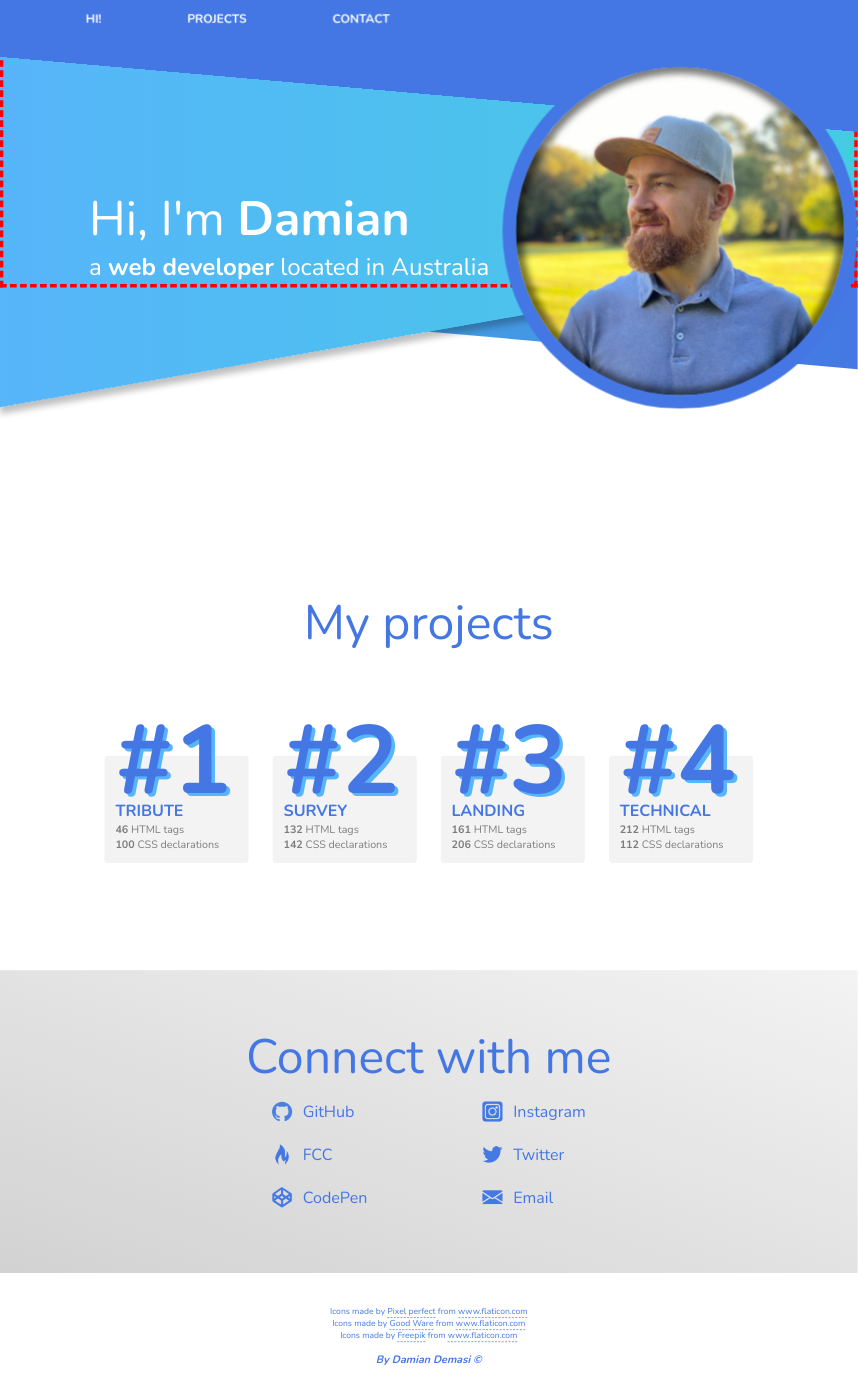
Repository: Colo-Codes/freecodecamp-05-Personal-Portfolio-Webpage
Page: index.html
The author's editor kept a copy of each file at every save. The page is drawn from the files as they stood at one save, then again after the next save.
The browser window is 1280 px wide. The pictures show the whole page, at 67% of full size.

Above is the page before, as saved 2021-06-04 08:21:37.

### index.html
<!DOCTYPE html>
<html lang="en">

<head>
    <meta charset="UTF-8">
    <meta http-equiv="X-UA-Compatible" content="IE=edge">
    <meta name="viewport" content="width=device-width, initial-scale=1.0">
    <link rel="preconnect" href="https://fonts.gstatic.com">
    <link href="https://fonts.googleapis.com/css2?family=Nunito:wght@300;400;700&display=swap" rel="stylesheet">
    <link rel="stylesheet" href="./css/index.css">
    <title>Personal Portfolio Webpage</title>
</head>

<body>
    <header>
        <navbar id="navbar">
            <div id="navbar-container">
                <ul id="navbar-flex-container">
                    <li class="navbar-flex-item"><a href="#welcome-section">Hi!</a></li>
                    <li class="navbar-flex-item"><a href="#projects">Projects</a></li>
                    <li class="navbar-flex-item"><a href="#contact">Contact</a></li>
                </ul>
            </div>
        </navbar>
    </header>

    <section id="welcome-section">
        <div id="welcome-section-container">
            <div id="hero-img" role="img"
                aria-label="Damian's profile picture: he has a hat, beard, and he is looking left while standing on a green field.">
            </div>
            <div id="hero-text-container">
                <h1>Hi, I'm <strong>Damian</strong></h1>
                <p>a <strong>web developer</strong> located in Australia</p>
            </div>
        </div>
        <div id="top-layer"></div>
        <div id="bottom-layer">
            <div id="scroll-to-explore">
                <p>Scroll to explore</p>
                <img src="./img/down-arrow.png" alt="Arrow pointing down." height="40px">
            </div>
        </div>
    </section>

    <section id="projects">
        <h2>My projects</h2>
        <div id="project-card-flex-container">

            <div class="project-card">
                <div class="project-card-bg">
                    <div class="project-tile">
                        <a href="https://darthcolo.github.io/freecodecamp-01-Build-a-Tribute-Page/" target="_blank">
                            <h3>#1</h3>
                            <h4>Tribute</h4>
                        </a>
                    </div>
                    <div class="project-descr">
                        <p><strong>46</strong> HTML tags</p>
                        <p><strong>100</strong> CSS declarations</p>
                    </div>
                </div>
            </div>

            <div class="project-card">
                <div class="project-card-bg">
                    <div class="project-tile">
                        <a href="https://darthcolo.github.io/freecodecamp-02-Build-a-Survey-Form/" target="_blank">
                            <h3>#2</h3>
                            <h4>Survey</h4>
                        </a>
                    </div>
                    <div class="project-descr">
                        <p><strong>132</strong> HTML tags</p>
                        <p><strong>142</strong> CSS declarations</p>
                    </div>
                </div>
            </div>

            <div class="project-card">
                <div class="project-card-bg">
                    <div class="project-tile">
                        <a href="https://darthcolo.github.io/freecodecamp-03-Product-Landing-Page/" target="_blank">
                            <h3>#3</h3>
                            <h4>Landing</h4>
                        </a>
                    </div>
                    <div class="project-descr">
                        <p><strong>161</strong> HTML tags</p>
                        <p><strong>206</strong> CSS declarations</p>
                    </div>
                </div>
            </div>

            <div class="project-card">
                <div class="project-card-bg">
                    <div class="project-tile">
                        <a href="https://darthcolo.github.io/freecodecamp-04-Technical-Documentation-Page/" target="_blank">
                            <h3>#4</h3>
                            <h4>Technical</h4>
                        </a>
                    </div>
                    <div class="project-descr">
                        <p><strong>212</strong> HTML tags</p>
                        <p><strong>112</strong> CSS declarations</p>
                    </div>
                </div>
            </div>

        </div>
    </section>

    <section id="contact">
        <h2>Connect with me</h2>
        <div id="contact-networks">
            <div class="contact-networks-col">
                <a href="https://github.com/Darthcolo" id="profile-link" target="_blank"><img src="./img/github.png"
                        width="30px"><span>GitHub</span></a>
                <a href="https://www.freecodecamp.org/darthcolo" id="profile-link-fcc" target="_blank"><img src="./img/fire.png"
                        width="30px"><span>FCC</span></a>
                <a href="https://codepen.io/Darthcolo" id="profile-link-codepen" target="_blank"><img src="./img/3d-outlined-shape.png"
                        width="30px"><span>CodePen</span></a>
            </div>
            <div class="contact-networks-col">
                <a href="https://www.instagram.com/colo.codes/" id="profile-link-instagram" target="_blank"><img src="./img/instagram.png"
                        width="30px"><span>Instagram</span></a>
                <a href="https://twitter.com/DamianDemasi" id="profile-link-twitter" target="_blank"><img src="./img/twitter.png"
                        width="30px"><span>Twitter</span></a>
                <a href="mailto:damian.demasi.1@gmail.com" id="profile-link-email" target="_blank"><img
                        src="./img/email.png" width="30px"><span>Email</span></a>
            </div>
        </div>
    </section>

    <footer>
        <div>Icons made by <a href="https://www.flaticon.com/authors/pixel-perfect" title="Pixel perfect" target="_blank">Pixel
                perfect</a> from <a href="https://www.flaticon.com/" title="Flaticon" target="_blank">www.flaticon.com</a></div>
        <div>Icons made by <a href="https://www.flaticon.com/authors/good-ware" title="Good Ware" target="_blank">Good Ware</a> from <a
                href="https://www.flaticon.com/" title="Flaticon" target="_blank">www.flaticon.com</a></div>
        <div>Icons made by <a href="https://www.freepik.com" title="Freepik" target="_blank">Freepik</a> from <a
                href="https://www.flaticon.com/" title="Flaticon" target="_blank">www.flaticon.com</a></div>
        <p>By Damian Demasi &copy;</p>
    </footer>
</body>

</html>

### css/index.css
/* @media */

/* The height of the welcome section should be equal to the height of the viewport. */

/* The navbar should always be at the top of the viewport. */

/* Border-box and font-size */
html {
    box-sizing: border-box;
    font-size: 16px;
}
body {
    font-family: 'Nunito', sans-serif;
}

/* Reset margins and set global values */

*, *::before, *::after {
    box-sizing: inherit;
    margin: 0;
    padding: 0;
}

a:link {
    text-decoration: none;
}

/* Navbar */

#navbar {
    display: block;
    background-color: #4477E3;
    /* 1rem = 16px -> 18.75rem = 300px */
    height: 18.75rem;
    width: 100%;
    transform: skewY(5deg) translateY(-10rem);
    position: fixed;
    z-index: 4;

}
#navbar-container {
    max-width: 90rem;
    margin: auto;

}

#navbar-flex-container {
    display: flex;
    /* align-items: center; */
    /* justify-content: space-around; */
    height: 100%;
    transform: skewY(-5deg) translateY(5rem);
    z-index: 4;
}
.navbar-flex-item {
    list-style: none;
    margin: 6rem 0 0 8rem;
    font-style: normal;
    font-weight: bold;
    font-size: 1.125rem;
    text-transform: uppercase;
    color: white;

}

#navbar a:link, #navbar a:visited {
    color: white;
}

#navbar a:hover, #navbar a:active, #navbar a:focus {
    border-bottom: 1px dashed white;
}

/* Hero */

#welcome-section {
    height: 200vh;
}

#welcome-section-container {
    /* 1440px = 90rem */
    max-width: 90rem;
    height: 40rem;
    margin: auto;
    position: relative;
}

#hero-text-container h1 {
    padding-top: 17rem;
    margin-left: 8rem;
    font-size: 4.5rem;
    font-weight: 300;
    color: white;
}

#hero-text-container > p {
    margin-left: 8rem;
    font-size: 2.25rem;
    color: white;
    font-weight: 300;
}

#hero-text-container {
    position: relative;
    z-index: 3;
    border: 5px dashed red;
}

#hero-img {
    top: 5rem;
    right: 0rem;
    border-radius: 50%;
    width: 33.125rem;
    height: 33.125rem;
    border: 20px solid #4477E3;
    background: url(../img/6D5BF231-2A3E-4029-9EFE-9C82AF0D506F_1_105_c.jpeg);
    background-position: center;
    background-size: contain;
    background-repeat: no-repeat;
    box-shadow: inset 0px 0px 10px 10px rgba(0, 0, 0, 0.5);
    position: absolute;
    z-index: 5;
}

#top-layer {
    background: #57B5FA; /* fallback for old browsers */
    background: -webkit-linear-gradient(to left, #44CBE3, #57B5FA);  /* Chrome 10-25, Safari 5.1-6 */
    background: linear-gradient(to left, #44CBE3, #57B5FA); /* W3C, IE 10+/ Edge, Firefox 16+, Chrome 26+, Opera 12+, Safari 7+ */
    /* 1rem = 16px -> 60.31rem = 865px + 100px */
    /* height: 60.31rem; */
    height: 100vh;
    width: 100%;
    transform: skewY(-10deg) translateY( -54.06rem );
    box-shadow: 0px 10px 10px rgba(0, 0, 0, 0.25);
    position: relative;
    z-index: 2;

}

#bottom-layer {
    background: #4477E3; /* fallback for old browsers */
    background: -webkit-linear-gradient(to right, #44CBE3, #4477E3);  /* Chrome 10-25, Safari 5.1-6 */
    background: linear-gradient(to right, #44CBE3, #4477E3); /* W3C, IE 10+/ Edge, Firefox 16+, Chrome 26+, Opera 12+, Safari 7+ */
    /* 1rem = 16px -> 54.06rem = 865px */
    height: 54.06rem;
    width: 100%;
    transform: skewY(5deg) translateY(-108.12rem); /* 54.06 * 2 */
    position: relative;
    z-index: 1;

}

#scroll-to-explore {
    position: relative;
    top: 90%;
    margin-left: 90%;
    transform: skewY(-5deg);

}

#scroll-to-explore > p {
    font-size: .8rem;
    color: white;
    font-weight: 300;

}

#scroll-to-explore > img {
    margin-top: .5rem;
    filter: invert(1);
    height: 1rem;
}

/* Projects */

#projects {
    max-width: 62.72rem;
    margin: -100vh auto 0;
    padding-top: 10rem;
}

#project-card-flex-container {
    display: flex;
    justify-content: space-around;
    flex-wrap: wrap;
}

#projects h2 {
    color: #4477E3;
    font-size: 4.5rem;
    font-weight: 300;
    text-align: center;
    margin-bottom: 3.375rem;
}

.project-card {
    display: block;
    width: 13.43rem;
    height: 15rem;
    transition: .3s;
    margin: 1rem;

}

.project-card:hover {
    background: #F3F3F3;
    background-color: #F3F3F3;
    box-shadow: 0px 10px 30px 3px rgba(0, 0, 0, 0.25);
    border-radius: 5px;
    transition: linear;
    transition: .3s;
}

.project-card-bg {
    margin-top: 5rem;
    height: 10rem;
    background-color: #F3F3F3;
    border-radius: 5px;
    position: relative;
}

.project-card-bg div {
    margin-left: 1rem;
}

.project-tile {
    position: relative;
    top: -4rem;
}

.project-descr {
    position: relative;
    top: -4rem;
    color: #7D7D7D;
}

.project-tile h3 {
    font-weight: 700;
    font-size: 9rem;
    line-height: 1;
    text-shadow: 5px 5px #57B5FA;

}

.project-tile h4 {
    margin-top: -1rem;
    font-size: 1.5rem;
    text-transform: uppercase;
    line-height: 1.5;
}

.project-tile a {
    color: #4477E3;
}

/* Contact */

#contact {
    margin-top: 9rem;
    padding: 5.06rem 0;
    width: 100%;
    height: 100%;
    background: #F3F3F3; /* fallback for old browsers */
    background: -webkit-linear-gradient(to top right, #d2d2d2, #F3F3F3);  /* Chrome 10-25, Safari 5.1-6 */
    background: linear-gradient(to top right, #d2d2d2, #F3F3F3); /* W3C, IE 10+/ Edge, Firefox 16+, Chrome 26+, Opera 12+, Safari 7+ */
}

#contact h2 {
    font-size: 4.5rem;
    font-weight: 300;
    color: #4477E3;
    text-align: center;
}

#contact-networks {
    max-width: 40rem;
    display: flex;
    margin: auto;
    justify-content: space-around;
    flex-wrap: wrap;
}

.contact-networks-col {
    display: flex;
    flex-direction: column;
    margin: 0 2rem;
}

.contact-networks-col a {
    font-size: 1.5rem;
    color: #4477E3;
    display: flex;
    align-items: center;
    padding: 1rem;
}

.contact-networks-col a:hover, .contact-networks-col a:active {
    color: white;
    background-color: #4477E3;
}
.contact-networks-col a:hover img, .contact-networks-col a:active img {
    filter: invert(100%) sepia(0%) saturate(7500%) hue-rotate(26deg) brightness(100%) contrast(150%);;
}

.contact-networks-col img {
    margin-right: 1rem;
    filter: invert(37%) sepia(98%) saturate(969%) hue-rotate(201deg) brightness(94%) contrast(89%);
}

/* Footer */

footer {
    color: #4477E3;
    padding-top: 3rem;
    margin-bottom: 2rem;
    text-align: center;
}

footer a:link, footer a:visited {
    color: #4477E3;
    border-bottom: 1px dashed #4477E3;
}

footer a:hover, footer a:active, footer a:focus {
    color: #57B5FA;
    border-bottom: 1px dashed #57B5FA;
}

footer div {
    font-size: .8rem;
}

footer p {
    font-weight: 700;
    font-style: italic;
    margin-top: 1rem;
}

After the next save:
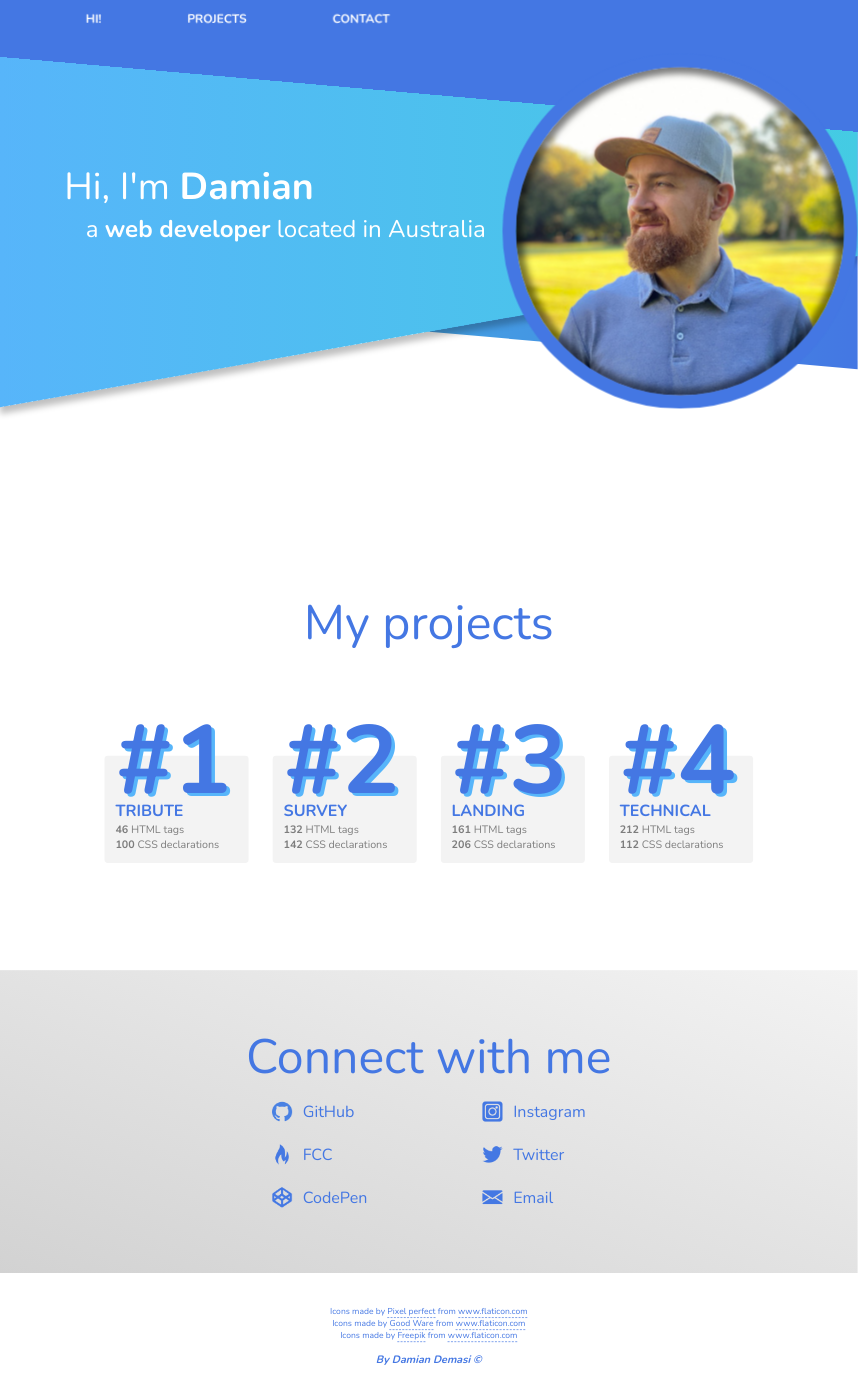
Saved 4 min 27 s later.
--- a/css/index.css
+++ b/css/index.css
@@ -103,7 +103,17 @@ a:link {
 #hero-text-container {
     position: relative;
     z-index: 3;
-    border: 5px dashed red;
+}
+
+@media screen and (max-width: 1350px) {
+    #hero-text-container h1 {
+        padding-top: 15rem;
+        margin-left: 6rem;
+        font-size: 3.5rem;
+        font-weight: 300;
+        color: white;
+    }
+
 }
 
 #hero-img {
